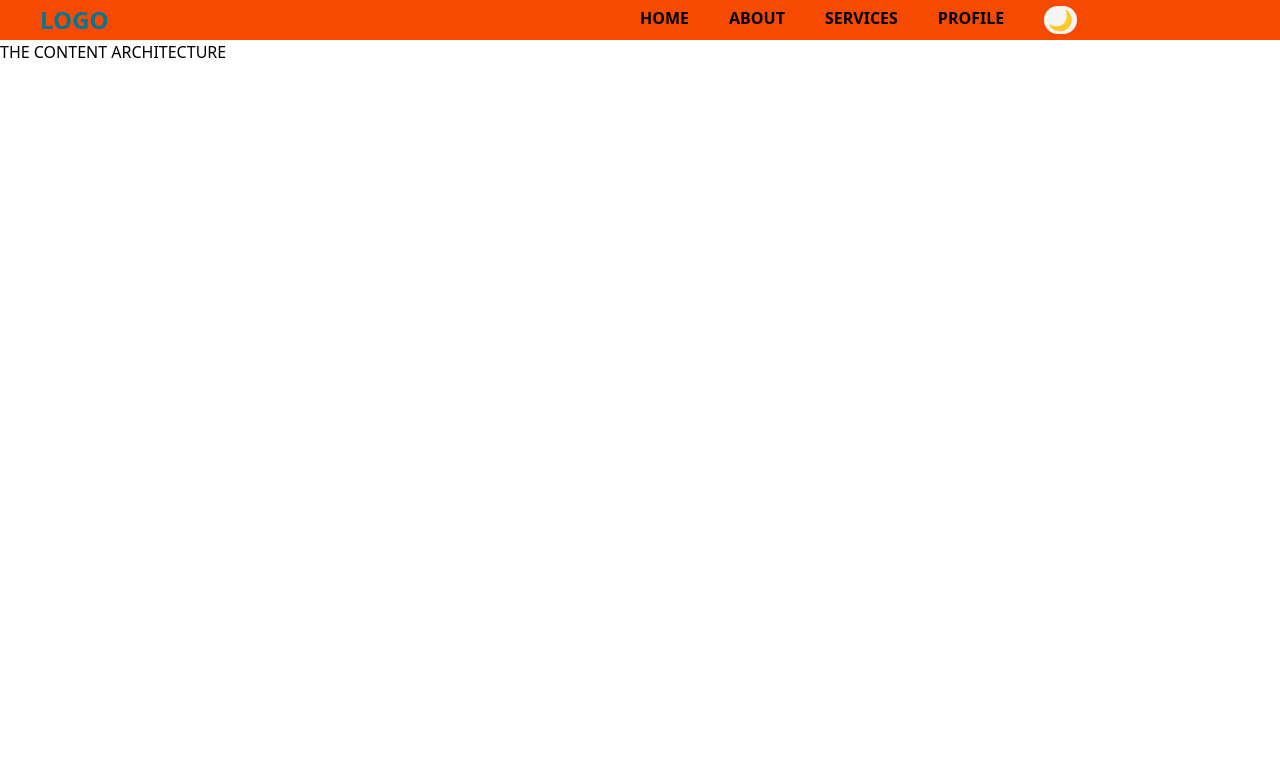
Repository: ajay-maurya-dev/Login
Page: /
These files come from the project's save history. The page is drawn as it stood at one moment and after the next save; the edit follows.
The browser window is 1280 px wide. The pictures show the whole page.
The project was rebuilt for these pictures with package versions that can differ from the ones it lists, and the page was loaded fresh each time. Also part of the build but not shown: vite.config.js.

Above is the page before, as saved 2026-10-23 16:05:49.

After the next save:
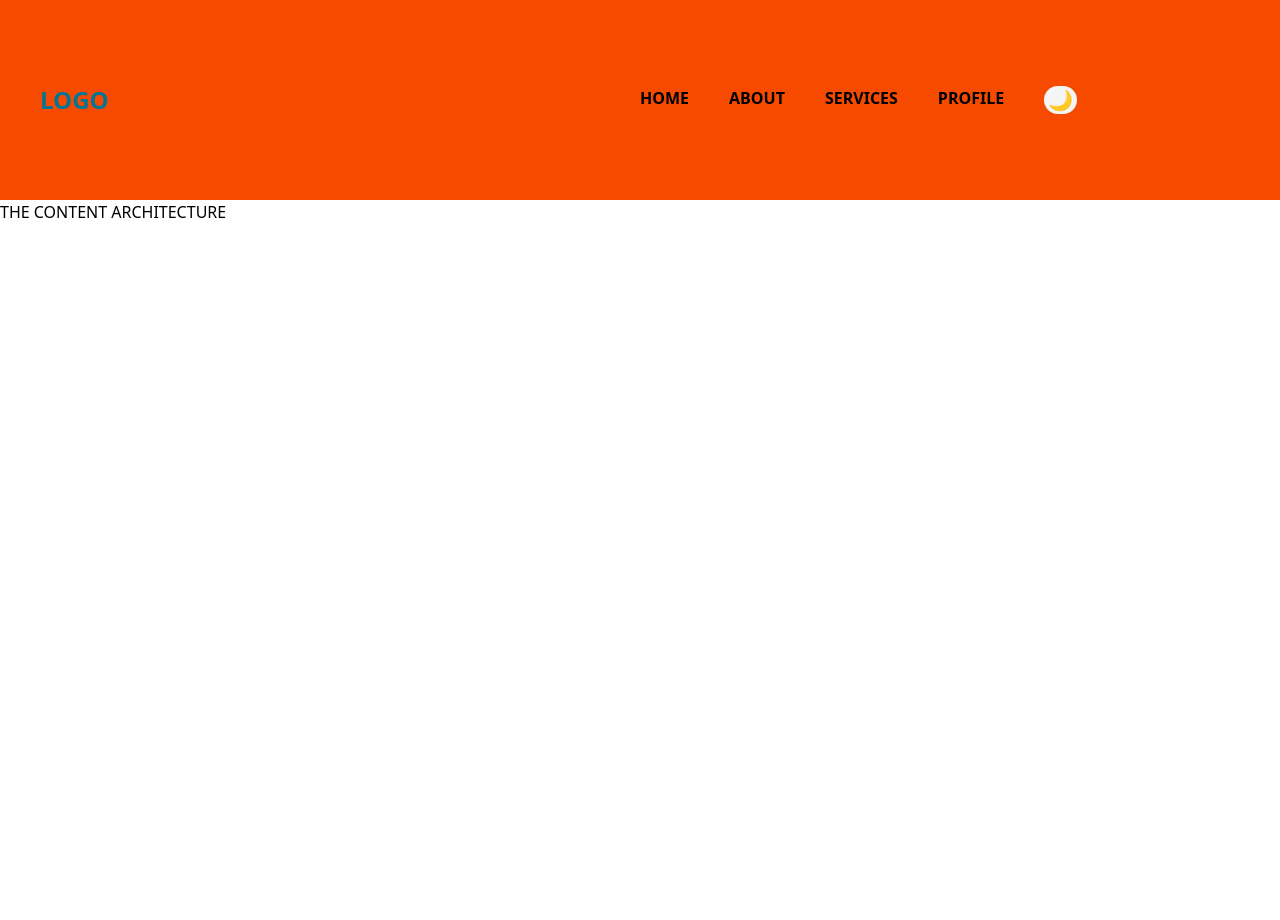
Saved 4 s later.
--- a/src/components/Navbar.jsx
+++ b/src/components/Navbar.jsx
@@ -5,7 +5,7 @@
 
 
   return (
-    <nav className="flex items-center w-full h-10 px-10 dark:bg-black dark:text-white md:bg-orange-600 sm:h-">
+    <nav className="flex items-center w-full h-10 px-10 dark:bg-black dark:text-white md:bg-orange-600 sm:h-50">
       <div className=" flex-1 text-2xl text-cyan-700 font-extrabold">LOGO</div>
       <div className="flex flex-1 gap-10 test-2xl font-bold">
         <h3 className="cursor-pointer hover:text-cyan-500 active:scale-95 ">

After the save that followed:
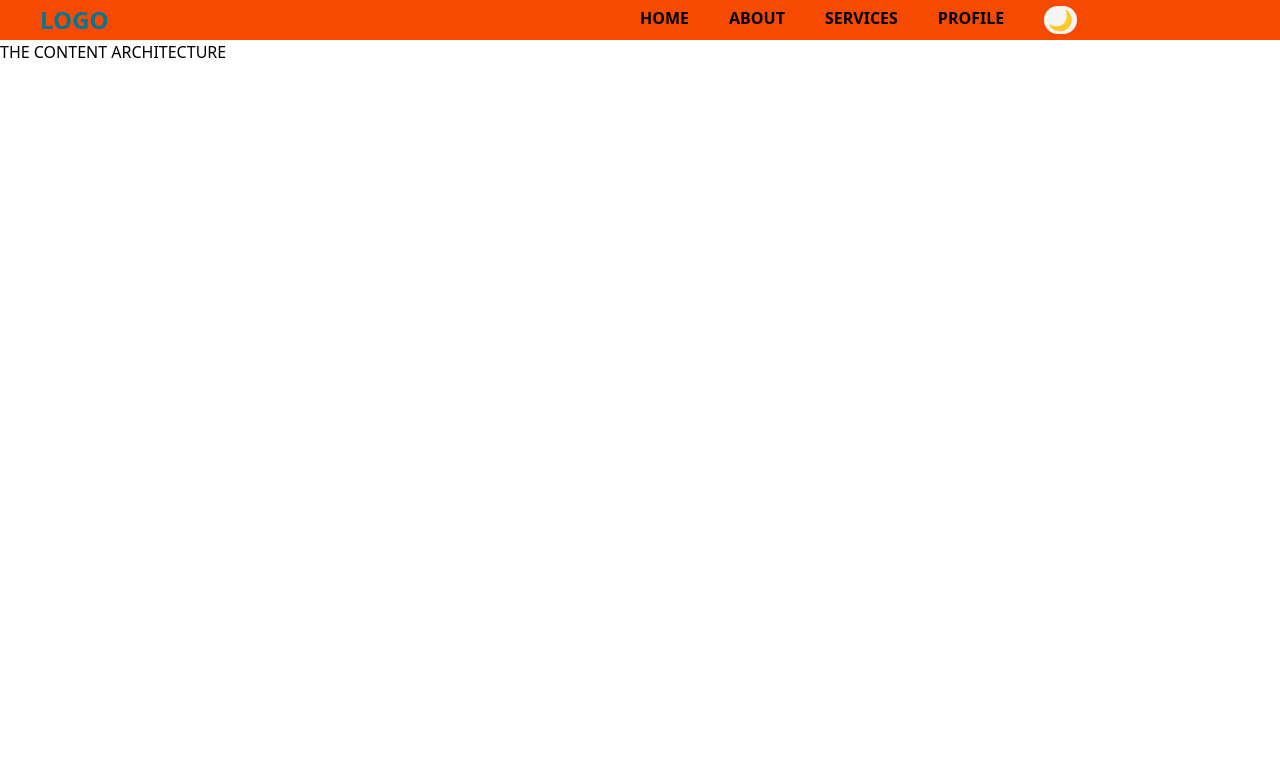
Saved 67 s later.
--- a/src/components/Navbar.jsx
+++ b/src/components/Navbar.jsx
@@ -5,7 +5,7 @@
 
 
   return (
-    <nav className="flex items-center w-full h-10 px-10 dark:bg-black dark:text-white md:bg-orange-600 sm:h-50">
+    <nav className="flex items-center w-full md:h-10 px-10 dark:bg-black dark:text-white md:bg-orange-600 sm:h-50">
       <div className=" flex-1 text-2xl text-cyan-700 font-extrabold">LOGO</div>
       <div className="flex flex-1 gap-10 test-2xl font-bold">
         <h3 className="cursor-pointer hover:text-cyan-500 active:scale-95 ">
